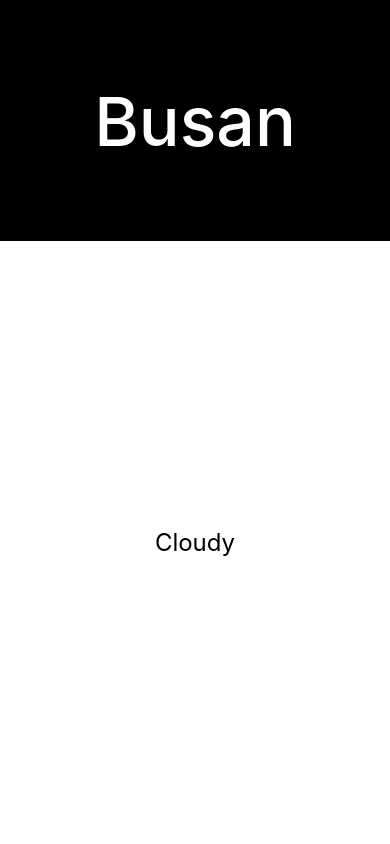
Repository: NewTurn2017/React-Native-Weather-App
Screen: /
The author's editor kept a copy of each file at every save. The screen is drawn from the files as they stood at one save, then again after the next save.
The app was drawn by React Native's web renderer in a window 390 px wide. The project was rebuilt for these pictures with package versions that can differ from the ones it lists, and the page was loaded fresh each time.

Above is the screen before, as saved 2023-04-21 10:48:31.

### App.js
import { StatusBar } from 'expo-status-bar'
import { View, Text, StyleSheet } from 'react-native'

export default function App() {
  return (
    <View style={styles.container}>
      <StatusBar style="light" />
      <View style={styles.city}>
        <Text style={styles.cityText}>Busan</Text>
      </View>
      <View style={styles.weather}>
        <Text style={styles.weatherText}>Cloudy</Text>
      </View>
    </View>
  )
}

const styles = StyleSheet.create({
  container: {
    flex: 1,
    backgroundColor: 'black',
  },
  city: {
    flex: 1.2,
    backgroundColor: 'black',
    alignItems: 'center',
    justifyContent: 'center',
  },
  cityText: {
    color: 'white',
    fontSize: 68,
    fontWeight: '500',
  },
  weather: {
    flex: 3,
    backgroundColor: 'white',
    alignItems: 'center',
    justifyContent: 'center',
  },
  weatherText: {
    color: 'black',
    fontSize: 24,
  },
})

After the next save:
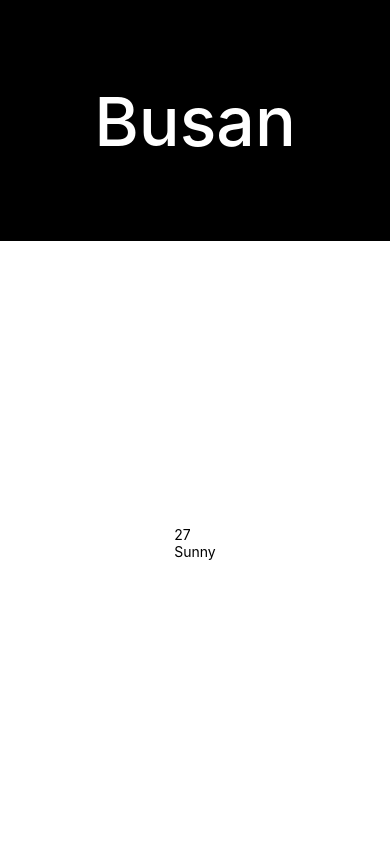
Saved 35 s later.
--- a/App.js
+++ b/App.js
@@ -9,7 +9,10 @@ export default function App() {
         <Text style={styles.cityText}>Busan</Text>
       </View>
       <View style={styles.weather}>
-        <Text style={styles.weatherText}>Cloudy</Text>
+        <View>
+          <Text>27</Text>
+          <Text>Sunny</Text>
+        </View>
       </View>
     </View>
   )
